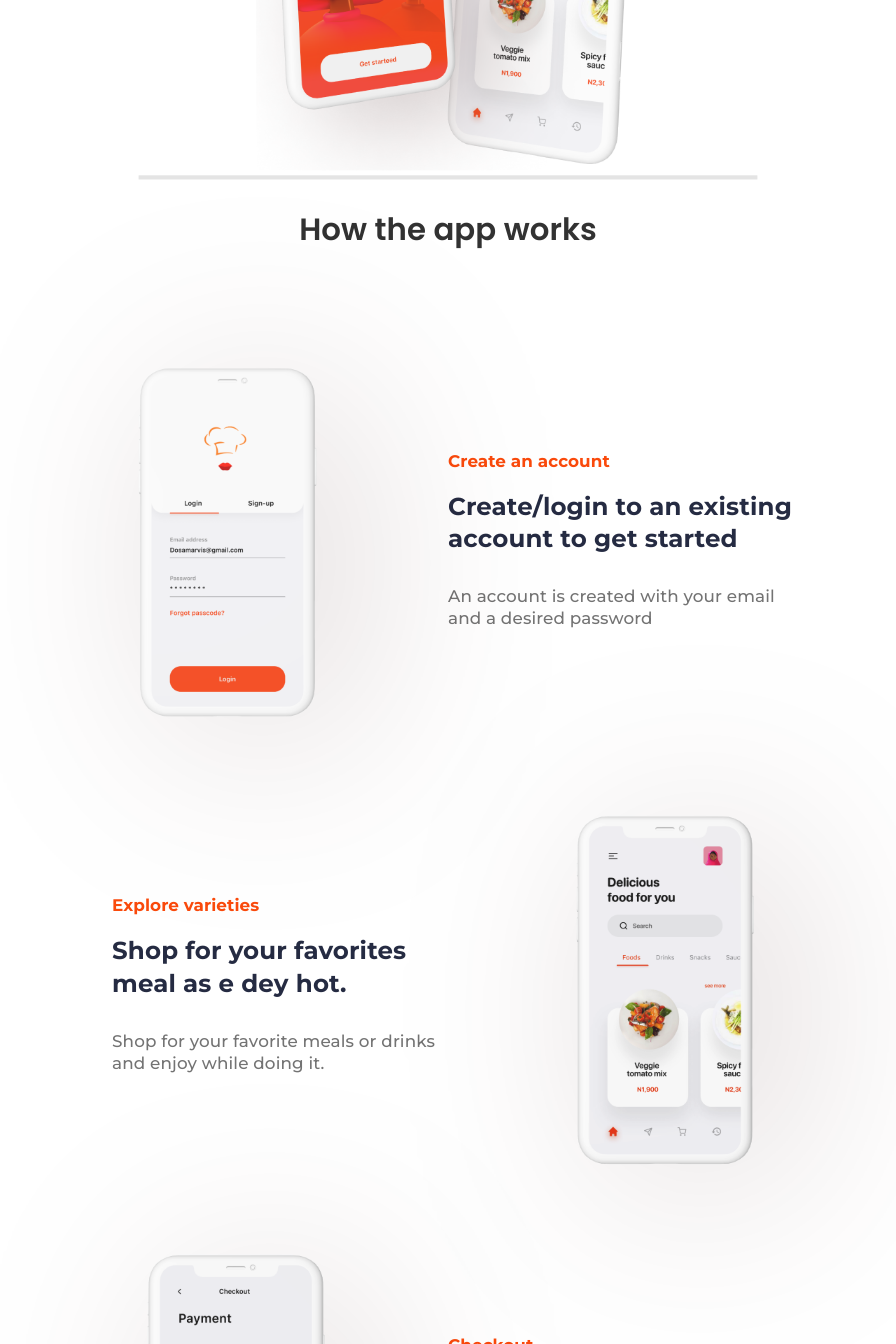
Repository: hoangnguyendev19/food_app
Page: index.html
These files come from the project's save history. The page is drawn as it stood at one moment and after the next save; the edit follows.
The browser window is 1280 px wide. The pictures show the part of the page from y = 1009 to 2929 px (the page is 4148 px tall before and 4318 px after), at 70% of full size.
Some web libraries are served in a nearby version. The style sheet was rebuilt from its Sass, Less or Tailwind sources for each picture, by a compiler version that may differ from the author's.

Above is the page before, as saved 2021-11-08 22:23:49.

### index.html
<!DOCTYPE html>
<html lang="en">
<head>
    <meta charset="UTF-8">
    <meta http-equiv="X-UA-Compatible" content="IE=edge">
    <meta name="viewport" content="width=device-width, initial-scale=1.0">
    <title>Food</title>
    <link href="https://fonts.googleapis.com/css2?family=Montserrat:wght@500;600;700&family=Poppins:wght@600;700&family=Roboto:wght@700&display=swap" rel="stylesheet">
    <link rel="stylesheet" href="./app/styles.css">
    <link rel="stylesheet" href="./app/reset.css">
    <link rel="stylesheet" href="https://pro.fontawesome.com/releases/v5.10.0/css/all.css"/>
</head>
<body>
    <div class="wrapper">
        <header class="header">
            <div class="container">
                <div class="header__top">
                    <a href="" class="header__image">
                        <img src="./app/images/img-logo.png" alt="">
                    </a>
                    <ul class="header__menu">
                        <li class="header__item">
                            <a href="" class="header__link">Home</a>
                        </li>
                        <li class="header__item">
                            <a href="" class="header__link">Product</a>
                        </li>
                        <li class="header__item">
                            <a href="" class="header__link">Faq</a>
                        </li>
                        <li class="header__item">
                            <a href="" class="header__link">Contact</a>
                        </li>
                    </ul>
                </div>
            </div>
        </header>
        <main>
            <section class="banner">
                <div class="banner__top">
                    <div class="banner__content">
                        <span class="banner__title">Food app</span>
                        <h1 class="banner__heading">Why stay hungry when you can order form Bella Onojie</h1>
                        <h4 class="banner__desc">Download the bella onoje’s food app now on</h4>
                        <button class="banner__btn">Playstore</button>
                        <button class="banner__btn">App store</button>
                    </div>
                </div>
                <div class="banner__bottom">
                    <div class="banner__image">
                        <img src="./app/images/img-banner-phone.png" alt="">
                    </div>
                </div>
            </section>
            <section class="work">
                <div class="container">
                    <h2 class="work__caption">How the app works</h2>
                    <div class="work__item">
                        <div class="work__image">
                            <img src="./app/images/img-create.png" alt="">
                        </div>
                        <div class="work__content">
                            <span class="work__title">Create an account</span>
                            <h2 class="work__heading">Create/login to an existing account to get started</h2>
                            <p class="work__desc">An account is created with your email and a desired password</p>
                        </div>
                    </div>
                    <div class="work__item work__item--reverse">
                        <div class="work__image">
                            <img src="./app/images/img-explore.png" alt="">
                        </div>
                        <div class="work__content">
                            <div class="work__content--reverse">
                                <span class="work__title">Explore varieties</span>
                                <h2 class="work__heading">Shop for your favorites meal as e dey hot.</h2>
                                <p class="work__desc">Shop for your favorite meals or drinks and enjoy while doing it.</p>
                                </div>
                        </div>
                    </div>
                    <div class="work__item">
                        <div class="work__image">
                            <img src="./app/images/img-checkout.png" alt="">
                        </div>
                        <div class="work__content">
                            <span class="work__title">Checkout</span>
                            <h2 class="work__heading">When you done check out and get it delivered.</h2>
                            <p class="work__desc">When you done check out and get it delivered with ease.</p>
                        </div>
                    </div>
                </div>
            </section>
            <section class="download">
                <div class="container">
                    <div class="download__content">
                        <h2 class="download__heading">Download the app now.</h2>
                        <p class="download__desc">Available on your favorite store. Start your premium experience now</p>
                        <button class="download__btn">Playstore</button>
                        <button class="download__btn">App store</button>
                    </div>
                </div>
            </section>
            <section class="footer">
                <div class="container">
                    <div class="footer__main">
                        <div class="footer__image">
                            <img src="./app/images/img-logo.png" alt="">
                        </div>
                        <div class="footer__social">
                            <i class="footer__icons fab fa-twitter"></i>
                            <i class="footer__icons fab fa-facebook-square"></i>
                            <i class="footer__icons fab fa-instagram"></i>
                        </div>
                        <div class="footer__copyright">
                            <p>Copywright 2020 Bella Onojie.com</p>
                        </div>
                    </div>
                </div>
            </section>
        </main>
    </div>
</body>
</html>

### app/styles/styles.scss
@import "helpers/variables";
@import "helpers/global";
@import "helpers/mixin";

@import "layout/header";
@import "layout/banner";
@import "layout/work";
@import "layout/download";
@import "layout/footer";

### app/styles/helpers/_variables.scss
$primary-color: #FA4A0C;
$secondary-color: #252B42;
$third-color: #737373;
$primary-font: 'Montserrat', sans-serif;
$secondary-font: 'Poppins', sans-serif;
$third-font: 'Roboto', sans-serif;
$wrapper: 1440px;
$container: 1280px;

### app/styles/helpers/_global.scss
html {
    font-size: 62.5%;
    box-sizing: border-box;
}
a {
    text-decoration: none;
}
img {
    max-width: 100%;
    display: block;
}
ul,li {
    list-style: none;
}
body {
    font-family: $primary-font;
    line-height: 1;
    font-size: 1.4rem;
}
input, button,textarea {
    font-family: $secondary-font;
    line-height: 1;
    outline: none;
}
.wrapper {
    max-width: $wrapper;
    margin: 0 auto;
}
.container {
    max-width: $container + 30px;
    margin: 0 auto;
    padding: 0 15px;
}

### app/styles/helpers/_mixin.scss
@mixin size($width, $height: $width){
	width: $width;
	height: $height;
}

@mixin flexBox($align-items: stretch, $justify-content: flex-start, $flex-direction: row, $wrap: nowrap, $flex: flex) {
	display: $flex;
	justify-content: $justify-content;
	align-items: $align-items;
	flex-direction: $flex-direction;
	flex-wrap: $wrap;
}

@mixin maxWidth($max-width) {
	@media screen and (max-width: $max-width){
		@content;
	}
}
@mixin maxWidth($min-width) {
	@media screen and (min-width: $min-width){
		@content;
	}
}

// textClamp
@mixin textClamp($row: 1, $size: 100%) {
    display: -webkit-box;
    -webkit-line-clamp: $row;
    -webkit-box-orient: vertical;
    overflow: hidden;
    text-overflow: ellipsis;
    width: $size;
    max-width: $size;
    white-space: pre-wrap;
    word-break: break-word;
}

### app/styles/layout/_header.scss
.header {
    @include size(100%, 15.7rem);
    &__image {
        display: inline-block;
    }
    &__top {
        @include flexBox(center, space-between);
    }
    &__menu {
        @include flexBox(center);
    }
    &__item:not(:first-child) {
        margin-left: 10.4rem;
    }
    &__link {
        font-size: 1.6rem;
        color: $secondary-color;
        font-weight: 600;
        transition: all 0.2s linear;
        &:hover {
            color: $primary-color;
        }
    }
    @include maxWidth(1023px) {
        height: 12rem;
    }
}

### app/styles/layout/_banner.scss
.banner {
    &__top {
        @include size(100%, 62rem);
        background: linear-gradient(0deg, rgba(23, 16, 16, 0.6), rgba(23, 16, 16, 0.6)), url("./images/img-banner.jpg");
        @include flexBox(center, center);
    }
    &__content {
        @include size(94rem, 40rem);
        padding-top: 7.2rem;
        padding-bottom: 14.6rem;
        text-align: center;
        color: white;
    }
    &__title {
        font-weight: 700;
        font-size: 2.4rem;
        letter-spacing: 0.1px;
        color: #F6F6F6;
        display: inline-block;
        margin-bottom: 2.4rem;
    }
    &__heading {
        font-family: $secondary-font;
        font-weight: bold;
        font-size: 5.8rem;
        line-height: 1.4;
        text-align: center;
        letter-spacing: 0.2px;
        margin-bottom: 4rem;
        max-width: 94rem;
    }
    &__desc {
        font-weight: 500;
        font-size: 2.4rem;
        letter-spacing: 0.2px;
        margin-bottom: 6rem;
    }
    &__btn {
        @include size(23.6rem, 6.8rem);
        background-color: transparent;
        border-radius: 3rem;
        border: 1px solid white;
        color: white;
        font-weight: bold;
        font-size: 2.4rem;
        letter-spacing: 0.1px;
        transition: all 0.25s linear;
        cursor: pointer;
        &:hover {
            background-color: $primary-color;
            border-color: $primary-color;
        }
    }
    &__btn:last-child {
        margin-left: 3.4rem;
    }
    &__bottom {
        margin-top: -9%;
        position: relative;
        &::after {
            content: "";
            position: absolute;
            @include size(88.4rem, 0);
            left: 50%;
            bottom: 0;
            transform: translateX(-50%);
            border: 3px solid #E4E4E4;
            z-index: 9;
        }
    }
    &__image {
        @include size(54.8rem, 640px);
        margin: 0 auto;
        padding-bottom: 17rem;
    }
    @include maxWidth(1023px) {
        &__content {
            padding: 0;
        }
        &__heading {
            font-size: 5rem;
        }
    }
}

### app/styles/layout/_work.scss
.work {
    text-align: center;
    &__caption {
        font-family: $secondary-font;
        font-weight: 600;
        font-size: 4.4rem;
        letter-spacing: 0.1px;
        color: #000;
        opacity: 0.8;
        margin-top: 7rem;
        margin-bottom: 6rem;
        display: inline-block;
    }
    &__item {
        @include flexBox(center);
        margin: 11rem 0;
    }
    &__item--reverse {
        flex-direction: row-reverse;
    }
    &__image {
        width: 50%;
        @include flexBox(stretch, center);
        filter: drop-shadow(50px 30px 150px rgba(46, 4, 4, 0.15));
    }
    &__content {
        width: 50%;
        text-align: start;
    }
    &__content--reverse {
        width: 48rem;
        margin-left: auto;
    }
    &__title {
        font-weight: bold;
        font-size: 2.4rem;
        letter-spacing: 0.1px;
        color: $primary-color;
        display: inline-block;
        margin-bottom: 3rem;
    }
    &__heading {
        font-weight: bold;
        font-size: 4rem;
        letter-spacing: 0.2px;
        color: $secondary-color;
        line-height: 1.3;
        margin-bottom: 4.5rem;
    }
    &__desc {
        font-weight: 500;
        font-size: 2.4rem;
        line-height: 1.3;
        letter-spacing: 0.2px;
        color: $third-color;
        width: 47rem;
    }
    @include maxWidth(1023px) {
        &__caption {
            margin: 5rem 0;
        }
        &__heading {
            font-size: 3.5rem;
        }
    }
}

### app/styles/layout/_download.scss
.download {
    background: linear-gradient(0deg, rgba(37, 43, 66, 0.4), rgba(37, 43, 66, 0.4)), url("./images/img-download.jpg");
    @include size(100%, 51.6rem);
    @include flexBox(center, center);
    text-align: center;
    &__heading {
        font-size: 4rem;
        font-weight: bold;
        letter-spacing: 0.2px;
        color: #fff;
        margin-bottom: 3rem;
    }
    &__desc {
        font-weight: 500;
        font-size: 2.4rem;
        letter-spacing: 0.2rem;
        margin-bottom: 4rem;
        color: white;
    }
    &__btn {
        font-size: 1.6rem;
        font-weight: 700;
        letter-spacing: 0.2px;
        border: 1px solid white;
        color: white;
        padding: 1.8rem 3rem;
        background-color: transparent;
        border-radius: 1rem;
        transition: all 0.25s linear;
        cursor: pointer;
        &:hover {
            background-color: $primary-color;
            border-color: $primary-color;
        }
    }
    &__btn:last-child {
        margin-left: 1rem;
    }
}

### app/styles/layout/_footer.scss
.footer {
    padding: 6rem 0;
    &__main {
        @include flexBox(center, space-between);
    }
    &__image {
        width: calc(33.33% - 16rem);
    }
    &__social {
        width: calc(33.33% - 16rem);
        @include flexBox(center, space-between);
    }
    &__icons {
        color: $primary-color;
        font-size: 3.5rem;
    }
    &__icons:not(:last-child) {
        margin-right: 2.8rem;
    }
    &__copyright {
        width: calc(33.33% - 16rem);
        font-family: $third-font;
        font-size: 1.2rem;
        font-weight: bold;
        letter-spacing: 0.1px;
        color: #5C5C5C;
    }
    @include maxWidth(1023px) {
        &__image,
        &__copyright,
        &__social {
            width: calc(33.33% - 10rem);
        }
    }
}

### app/styles/reset.scss
html {
box-sizing: border-box;
}

*{
margin: 0;
padding: 0;
}

*,*:before,*:after {
box-sizing: border-box;
}

input,
textarea,
select,
button{
outline: none;
}

input{
line-height: normal;
}

label,
button{
cursor: pointer;
}

a {
text-decoration: none;
}

img {
display: block;
max-width: 100%;
}

After the next save:
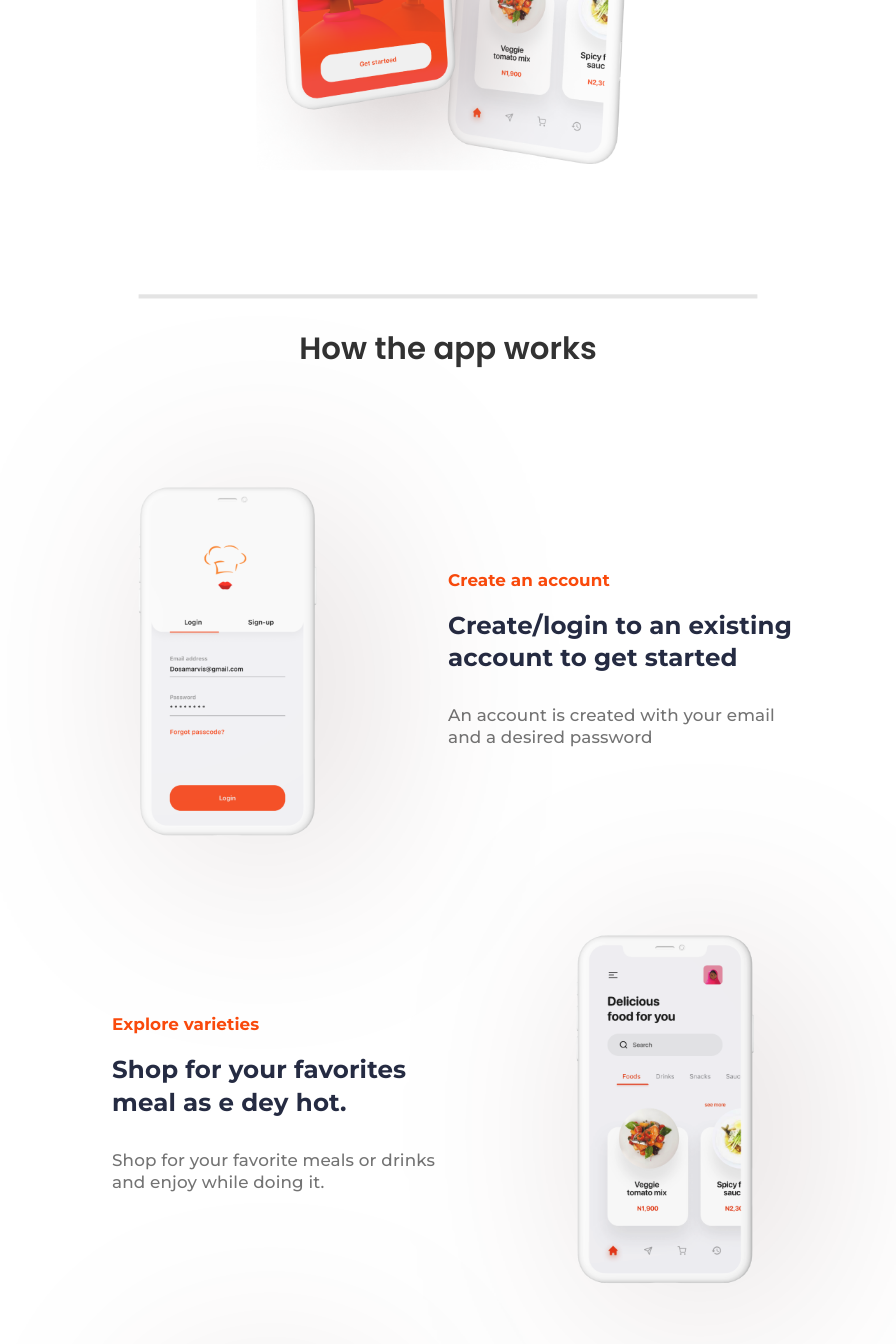
Saved 112 s later.
--- a/app/styles/layout/_banner.scss
+++ b/app/styles/layout/_banner.scss
@@ -56,6 +56,7 @@
     }
     &__bottom {
         margin-top: -9%;
+        padding-bottom: 17rem;
         position: relative;
         &::after {
             content: "";
@@ -71,7 +72,6 @@
     &__image {
         @include size(54.8rem, 640px);
         margin: 0 auto;
-        padding-bottom: 17rem;
     }
     @include maxWidth(1023px) {
         &__content {
